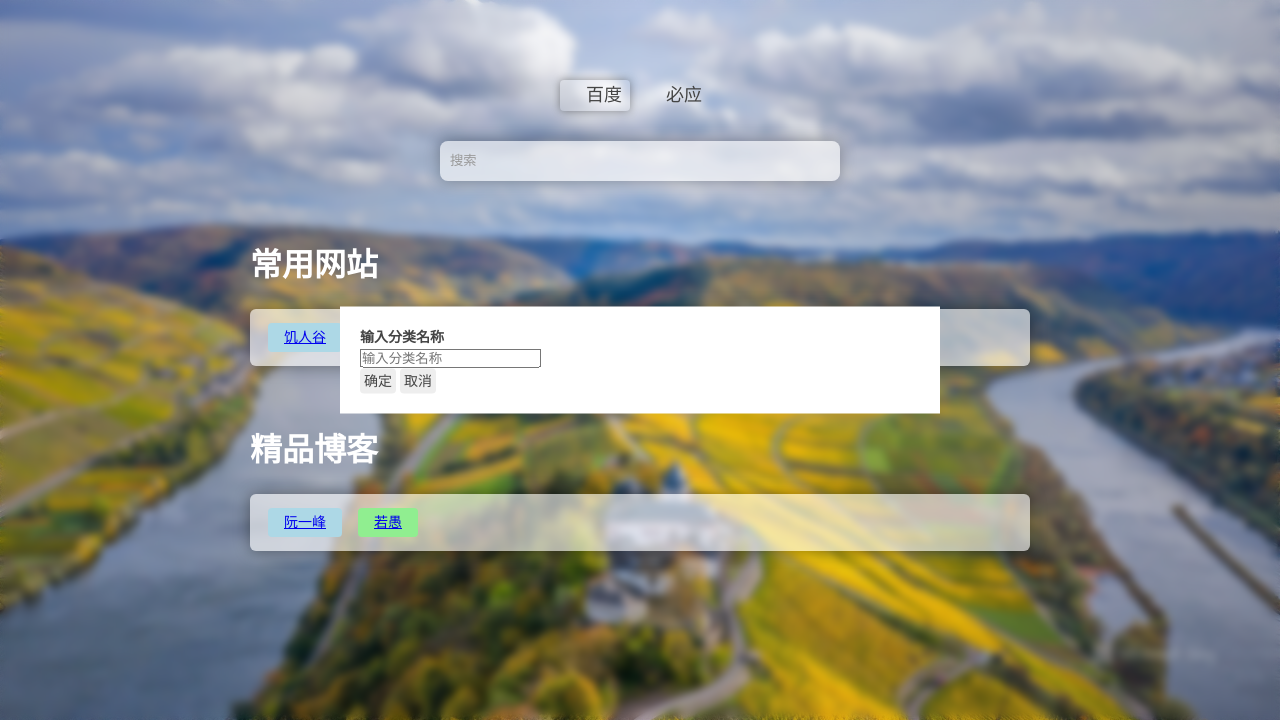
Repository: zkhiscool/PersonPage
Page: index.html
These files come from the project's save history. The page is drawn as it stood at one moment and after the next save; the edit follows.
The browser window is 1280 px wide. The pictures show the whole page.

Above is the page before, as saved 2023-07-21 12:05:41.

After the next save:
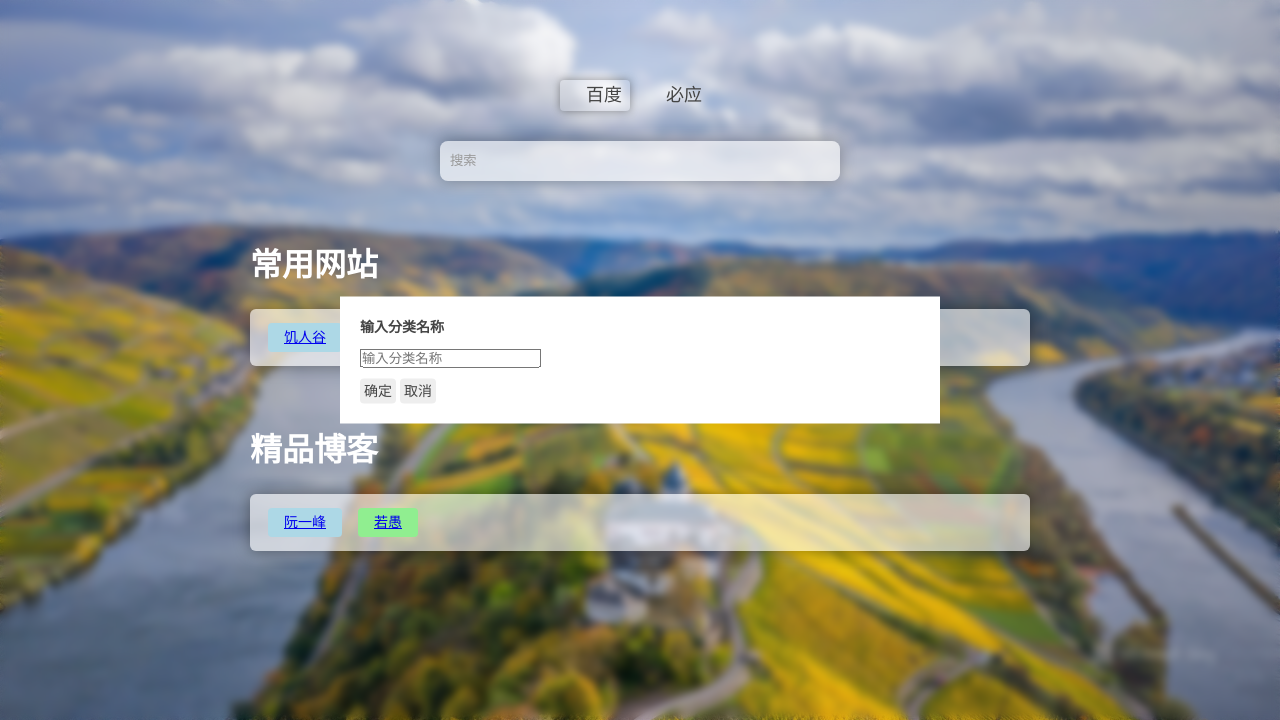
Saved 12 s later.
--- a/css/style.css
+++ b/css/style.css
@@ -199,7 +199,9 @@ body.preview .puls {
 
 }
 
-.modal .field {}
+.modal .field {
+    margin: 10px 0px;
+}
 
 .button {
     background-color: #eee;
